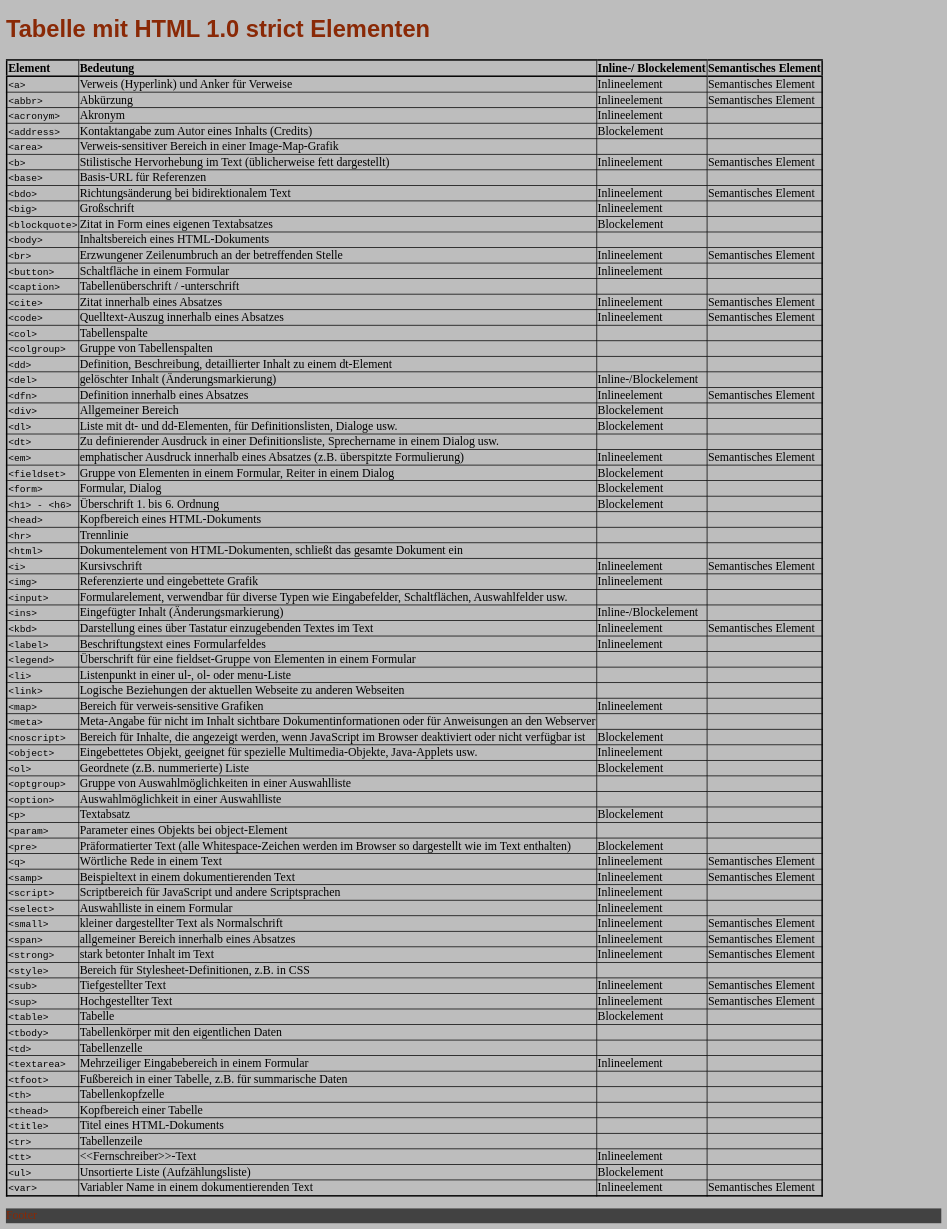
Repository: pLurchi/MyWebengineeringRepo
Page: RemoteSystemsTempFiles/HA-Kapitel06/WebContent/index.html
These files come from the project's save history. The page is drawn as it stood at one moment and after the next save; the edit follows.
The browser window is 1280 px wide. The pictures show the whole page, at 74% of full size.

Above is the page before, as saved 2013-11-30 10:16:08.

After the next save:
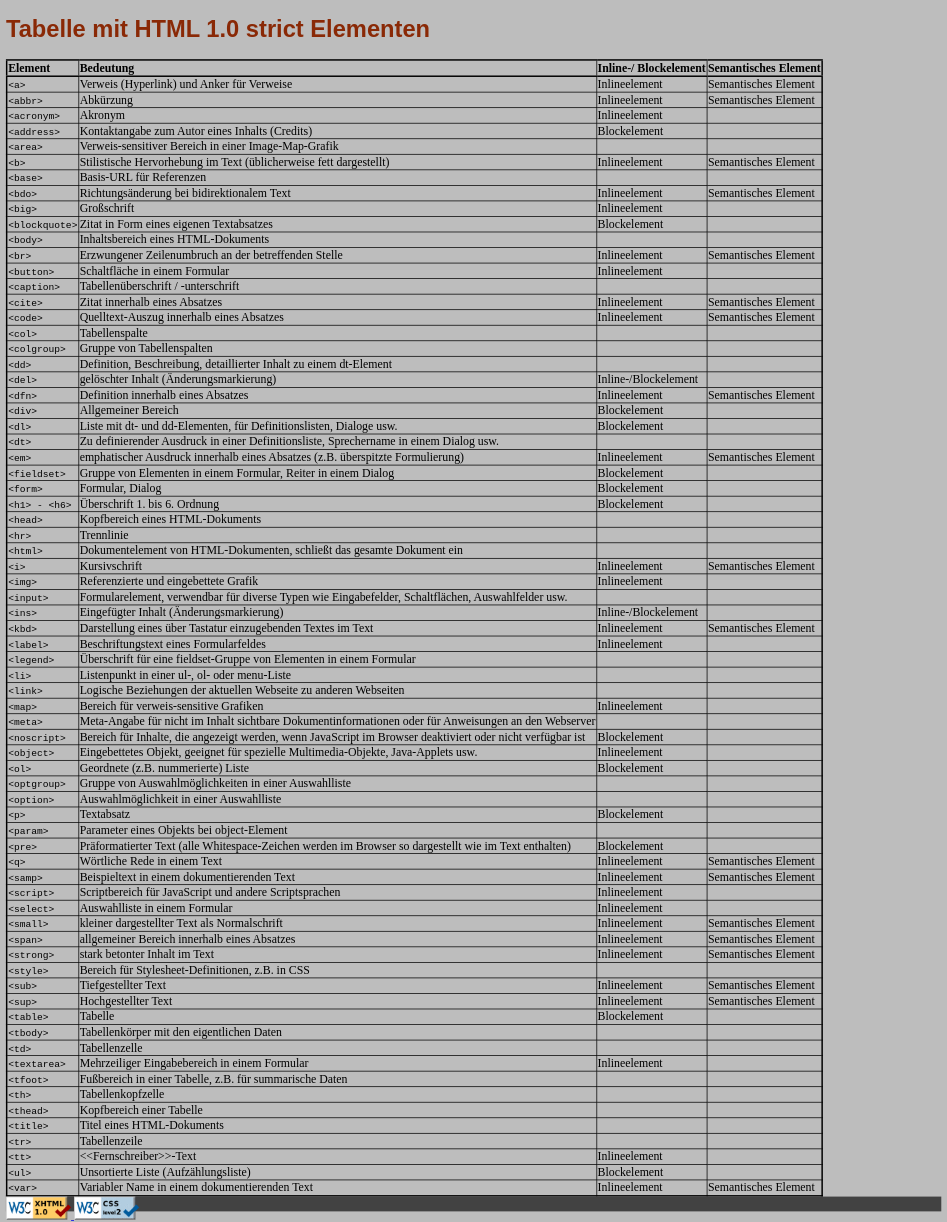
Saved 8 min 43 s later.
--- a/RemoteSystemsTempFiles/HA-Kapitel06/WebContent/index.html
+++ b/RemoteSystemsTempFiles/HA-Kapitel06/WebContent/index.html
@@ -466,7 +466,12 @@
 </div>
 
 <div id="footerdiv">
-	<p>Footer</p>
+	<a href="http://validator.w3.org/check?uri=http%3A%2F%2Fjorisnovak1.cloudcontrolled.com%2FHA-Kapitel06%2FWebContent%2Findex.html&charset=%28detect+automatically%29&doctype=Inline&group=0">
+		<img src="/Pic/valid-xhtml10.png" />
+	</a>
+	<a href="http://validator.w3.org/check?uri=http%3A%2F%2Fjorisnovak1.cloudcontrolled.com%2FHA-Kapitel06%2FWebContent%2Findex.html&charset=%28detect+automatically%29&doctype=Inline&group=0">
+		<img src="/Pic/valid-css2-blue.png" />
+	</a>
 </div>
 
 </body>
